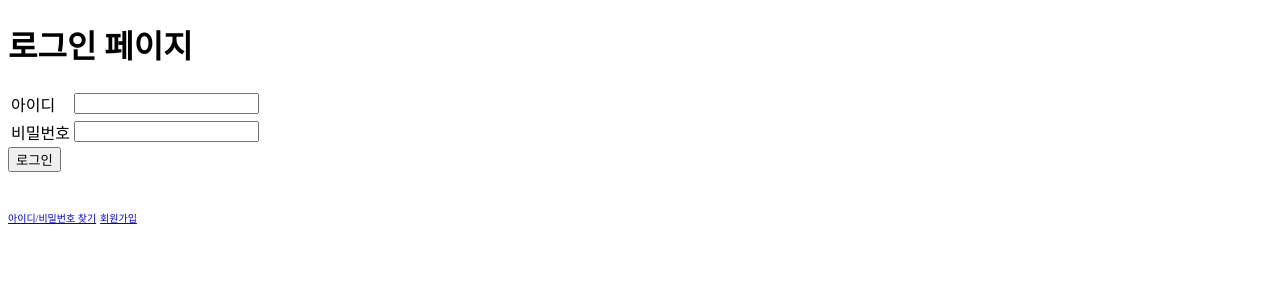
Repository: ksccmp/notice-board
Page: http://localhost/board/login.jsp
An editor plug-in stored every save of this project. The page is shown before and after the next save, followed by the edit.
The browser window is 1280 px wide. The pictures show the whole page.
The page is served by Tomcat 9. Nobody is signed in. The application's start-up code is not run.

Above is the page before, as saved 2019-09-18 13:30:48.

After the next save:
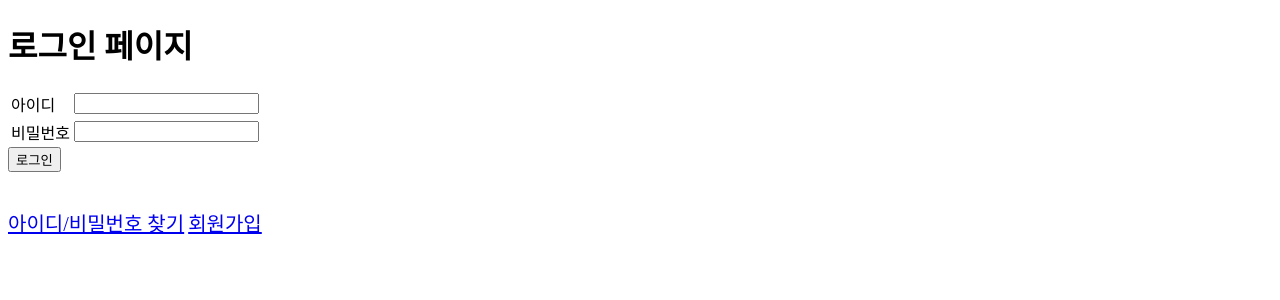
Saved 6 s later.
--- a/board/src/main/webapp/login.jsp
+++ b/board/src/main/webapp/login.jsp
@@ -8,7 +8,7 @@
 </head>
 <style>
 	#hreffont {
-		font-size: 10px;
+		font-size: 20px;
 	}
 </style>
 <body>
